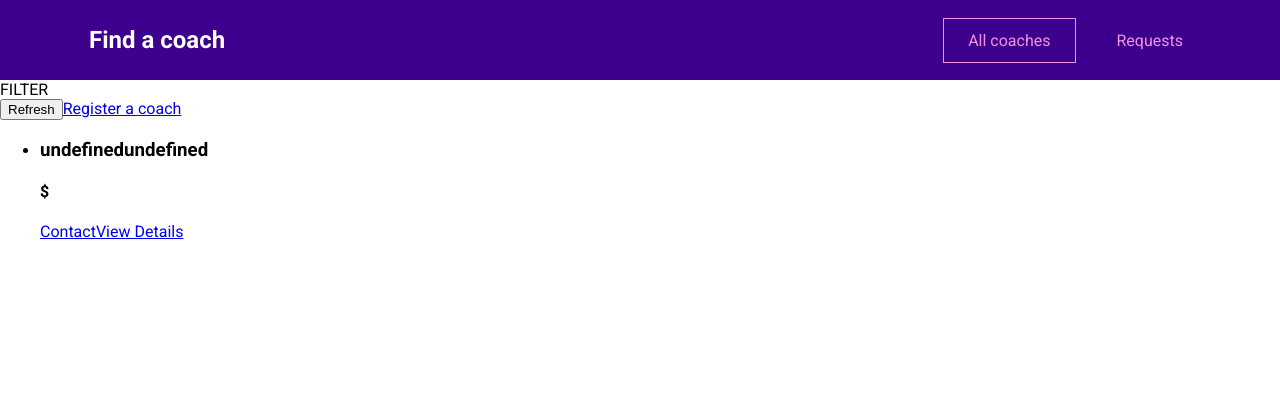
Repository: DaveBaulch/vue-course-find-a-coach
Page: /
An editor plug-in stored every save of this project. The page is shown before and after the next save, followed by the edit.
The browser window is 1280 px wide. The pictures show the whole page.
The project was rebuilt for these pictures with package versions that can differ from the ones it lists, and the page was loaded fresh each time. Also part of the build but not shown: src/pages/coaches/CoachDetail.vue, src/pages/coaches/CoachRegistration.vue, src/pages/requests/ContactCoach.vue, src/pages/requests/RequestsReceived.vue. Imported but missing from the stored project, and not drawn on this page: src/pages/NotFound.vue.

Above is the page before, as saved 2021-01-23 14:40:17.

### src/App.vue
<template>
  <div id="app">
    <the-header />
    <router-view/>
  </div>
</template>

<script>
  import TheHeader from './components/layout/TheHeader.vue'

  export default {
    components: {
      TheHeader
    }
  }
</script>



<style>
@import url("https://fonts.googleapis.com/css2?family=Roboto:wght@400;700&display=swap");

* {
  box-sizing: border-box;
}

html {
  font-family: "Roboto", sans-serif;
}

body {
  margin: 0;
}

</style>

### src/router/index.js
import Vue from 'vue'
import VueRouter from 'vue-router'
import CoachDetail from '../pages/coaches/CoachDetail.vue';
import CoachesList from '../pages/coaches/CoachesList.vue';
import CoachRegistation from '../pages/coaches/CoachRegistration.vue';
import ContactCoach from '../pages/requests/ContactCoach.vue';
import RequestsReceived from '../pages/requests/RequestsReceived.vue';
import NotFound from '../pages/NotFound.vue'

Vue.use(VueRouter)

const routes = [
  {
    path: '/', redirect: '/coaches'
  },
  {
    path: '/coaches', component: CoachesList
  },
  {
    path: '/coaches/:id',
    component: CoachDetail,
    children: [
      { path: 'contact', component: ContactCoach } // /coaches/c1/contact
    ]
  },
  { path: '/register', component: CoachRegistation },
  { path: '/requests', component: RequestsReceived },
  { path: '/:notFound(.*)', component: NotFound }
]

const router = new VueRouter({
  mode: 'history',
  base: process.env.BASE_URL,
  routes
})

export default router

### src/store/index.js
import Vue from 'vue'
import Vuex from 'vuex'
import coachesModule from './modules/coaches/index.js'

Vue.use(Vuex)

const store = new Vuex.Store({
  modules: {
    coaches: coachesModule
  }
})

export default store;

### src/components/layout/TheHeader.vue
<template>
<header>
  <nav>
    <h1><router-link to="/">Find a coach</router-link></h1>
    <ul>
      <li><router-link to="/coaches">All coaches</router-link></li>
      <li><router-link to="/requests">Requests</router-link></li>
    </ul>
  </nav>
</header>
</template>

<script>
export default {
}
</script>

<!-- Add "scoped" attribute to limit CSS to this component only -->
<style scoped>
header {
  width: 100%;
  height: 5rem;
  background-color: #3d008d;
  display: flex;
  justify-content: center;
  align-items: center;
}

header a {
  text-decoration: none;
  color: #f391e3;
  display: inline-block;
  padding: 0.75rem 1.5rem;
  border: 1px solid transparent;
}

a:active,
a:hover,
a.router-link-active {
  border: 1px solid #f391e3;
}

h1 {
  margin: 0;
}

h1 a {
  color: white;
  margin: 0;
}

h1 a:hover,
h1 a:active,
h1 a.router-link-active {
  border-color: transparent;
}

header nav {
  width: 90%;
  margin: auto;
  display: flex;
  justify-content: space-between;
  align-items: center;
}

header ul {
  list-style: none;
  margin: 0;
  padding: 0;
  display: flex;
  justify-content: center;
  align-items: center;
}

li {
  margin: 0 0.5rem;
}
</style>

### src/pages/coaches/CoachesList.vue
<template>
<div>
  <section>
    FILTER
  </section>
  <section>
    <div class="controls">
      <button>Refresh</button>
      <router-link to="/register">Register a coach</router-link>
    </div>
    <ul v-if="hasCoaches">
      <coach-item v-for="coach in "></coach-item>
    </ul>
    <h3 v-else>No coaches found</h3>
  </section>
  </div>
</template>

<script>
  import  CoachItem from '../../components/coaches/CoachItem.vue'

  export default {
    components: {
      CoachItem
    },
    computed: {
      filteredCoaches() {
        return this.$store.getters['coaches/coaches'];
      },
      hasCoaches() {
        return this.$store.getters['coaches/hasCoaches'];
      }
    }
  }
</script>

### src/store/modules/coaches/index.js
import mutations from './mutations.js'
import actions from './actions.js'
import getters from './getters.js'

export default {
  namespaced: true,
  state() {
    return {
      coaches: [
        {
          id: 'c1',
          firstName: 'Dave',
          lastName: 'Baulch',
          areas: ['frontend', 'backend', 'career'],
          description:
            "I'm dave and I've worked as a freelance web developer for years. Let me help you become a developer as well!",
          hourlyRate: 30
        },
        {
          id: 'c2',
          firstName: 'Julie',
          lastName: 'Jones',
          areas: ['frontend', 'career'],
          description:
            'I am Julie and as a senior developer in a big tech company, I can help you get your first job or progress in your current role.',
          hourlyRate: 30
        }
      ]
    }
  },
  mutations,
  actions,
  getters
}

### src/components/coaches/CoachItem.vue
<template>
  <li>
    <h3>{{ fullName }}</h3>
    <h4>${{ rate }}</h4>
    <div>
      <span v-for="area in areas" :key="area">
        {{ area }}
      </span>
    </div>
    <div class="actions">
      <router-link :to="coachContactLink">Contact</router-link>
      <router-link :to="coachDetailsLink">View Details</router-link>
    </div>
  </li>
</template>

<script>
  export default {
    props: ['id', 'firstName', 'lastName', 'rate', 'area'],
    computed: {
      fullName() {
        return this.firstName + '' + this.lastName
      },
      coachContactLink() {
        return this.$route.path + '/' + this.id + /contact/
      },
      coachDetailsLink() {
        return this.$route.path + '/' + this.id // current route path /coaches/c1
      }
    }
  }
</script>

<style scoped>
  ul {
    list-style: none;
    margin: 0;
    padding: 0;
  }

  .controls {
    display: flex;
    justify-content: space-between;
  }
</style>

### src/store/modules/coaches/getters.js
export default {
  coaches(state) {
    return state.coaches;
  },
  hasCoaches(state) {
    return state.coaches && state.coaches.length > 0;
  }
}

Loaded but not shown: public/index.html (common file); src/main.js (common file); src/store/modules/coaches/mutations.js (common file); src/store/modules/coaches/actions.js (common file)

After the next save:
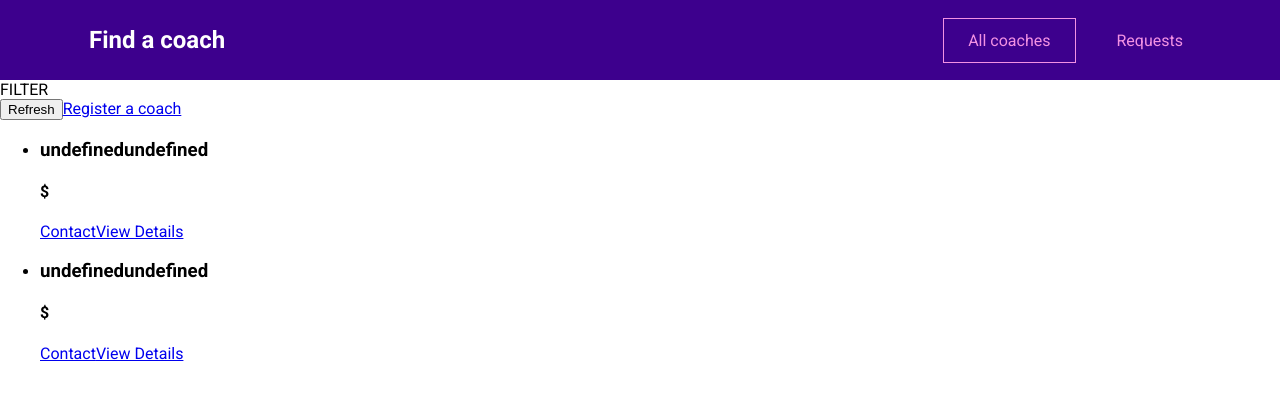
Saved 5 s later.
--- a/src/pages/coaches/CoachesList.vue
+++ b/src/pages/coaches/CoachesList.vue
@@ -9,7 +9,7 @@
       <router-link to="/register">Register a coach</router-link>
     </div>
     <ul v-if="hasCoaches">
-      <coach-item v-for="coach in "></coach-item>
+      <coach-item v-for="coach in filteredCoaches"></coach-item>
     </ul>
     <h3 v-else>No coaches found</h3>
   </section>
